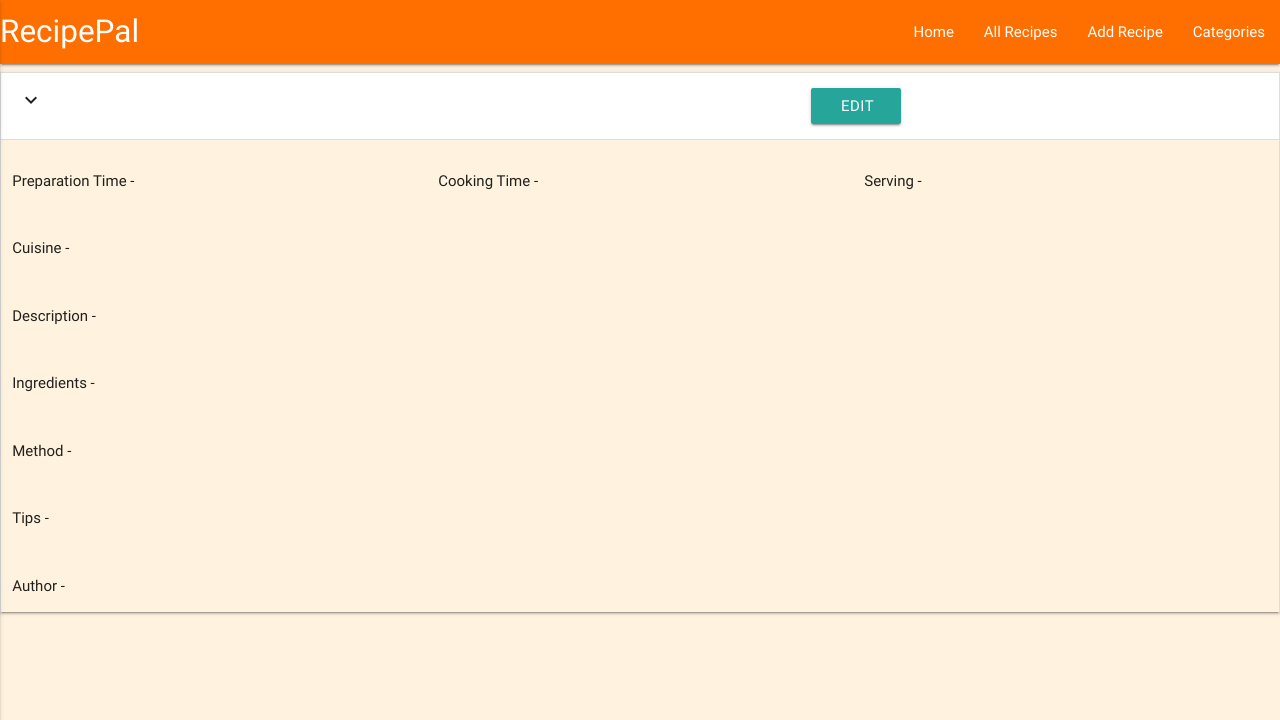
Repository: darhewitt/recipe-app-gp
Page: templates/readrecipe.html
The author's editor kept a record of every edit. The page is drawn from the files as they stood at one moment, then again after the next edit.
The browser window is 1280 px wide. The pictures show the whole page.
Some web libraries are served in a nearby version. The page is served by the project's application, run on Flask 3 (app.py). The template is opened directly, without the code that normally fills it, so the values that code supplies are empty.

Above is the page before.

### templates/readrecipe.html
{% extends 'base.html'%} {% block content %}

<ul class="collapsible">
    <li>
        <div class="collapsible-header">
            <div class="col s6">
                <i class="material-icons">expand_more</i>{{recipe.recipe_name}}
            </div>
            <div class="col 6">
                <a href="{{url_for('edit_recipe', recipe_id=recipe._id)}}" class="waves-effect waves-light right edit-button btn">Edit</a>
            </div>
        </div>
        <div class="row">
            <div class="input-field col s4">
                <p>Preparation Time - {{recipe.preparation_time}}
                </p>
            </div>
            <div class="input-field col s4">
                <p>Cooking Time - {{recipe.cooking_time}}
                </p>
            </div>
            <div class="input-field col s4">
                <p>Serving - {{recipe.serving}}
                </p>
            </div>
            <div class="input-field col s12">
                <p>Cuisine - {{recipe.cuisine_name}}
                </p>
            </div>
            <div class="input-field col s12">
                <p>Description - {{recipe.recipe_description}}
                </p>
            </div>
            <div class="input-field col s12">
                <p>Ingredients -{{recipe.ingredients}}
                </p>
            </div>
            <div class="input-field col s12">
                <p>Method -{{recipe.method}}
                </p>
            </div>
            <div class="input-field col s12">
                <p>Tips -{{recipe.tips}}
                </p>
            </div>
            <div class="input-field col s12">
                <p>Author -{{recipe.username}}
                </p>
            </div>
        </div>
    </li>
</ul>
</form>
</div>
{% endblock %}

### templates/base.html
<!DOCTYPE html>
<html>

<head>
    <link href="{{url_for('static', filename='css/style.css')}}" type="text/css" rel="stylesheet" media="screen,projection" />
    <link href="https://fonts.googleapis.com/icon?family=Material+Icons" rel="stylesheet">
    <link rel="stylesheet" href="https://cdnjs.cloudflare.com/ajax/libs/materialize/0.100.2/css/materialize.min.css">
</head>

<header>
    <nav class="amber darken-4">
        <div class="nav-wrapper">
            <a href="{{url_for('get_recipes')}}" class="brand-logo">RecipePal</a>
            <a href="" data-activates="mobile-demo" class="button-collapse"><i class="material-icons">menu</i></a>
            <ul id="nav-mobile" class="right hide-on-med-and-down">

                <li><a href="{{url_for('get_recipes')}}">Home</a></li>
                <li><a href="{{url_for('get_all_recipes')}}">All Recipes </a></li>
                <li><a href="{{url_for('add_recipe')}}">Add Recipe</a></li>
                <li><a href="{{url_for('get_categories')}} ">Categories</a></li>


            </ul>
            <ul class="side-nav" id="mobile-demo">
                <li><a href="{{url_for('get_recipes')}}">Home</a></li>
                <li><a href="{{url_for('get_all_recipes')}}">All Recipes </a></li>
                <li><a href="{{url_for('add_recipe')}}">Add Recipe</a></li>
                <li><a href="{{url_for('get_categories')}} ">Categories</a></li>

            </ul>
        </div>
    </nav>
</header>

<body>
    {% block content %} {% endblock %}
    <script src="https://cdnjs.cloudflare.com/ajax/libs/jquery/3.2.1/jquery.min.js "></script>
    <script src="https://cdnjs.cloudflare.com/ajax/libs/materialize/0.100.2/js/materialize.min.js "></script>
    <script type="text/javascript ">
        $(document).ready(function() {
            $('.collapsible').collapsible();
            $('select').material_select();
            $('.materialboxed').materialbox();
            $('.parallax').parallax();
            $(".button-collapse").sideNav();
        });
    </script>
</body>

</html>

### app.py
import os
from flask import Flask, render_template, redirect, request, url_for
from flask_pymongo import PyMongo
from bson.objectid import ObjectId

app = Flask(__name__)
app.config["MONGO_DBNAME"] = 'recipes_app'
app.config["MONGO_URI"] = 'mongodb://dhewitt:Apple1991@myfirstcluster-shard-00-00-t0occ.mongodb.net:27017,myfirstcluster-shard-00-01-t0occ.mongodb.net:27017,myfirstcluster-shard-00-02-t0occ.mongodb.net:27017/recipes_app?ssl=true&replicaSet=myFirstCluster-shard-0&authSource=admin&retryWrites=true&w=majority'

mongo = PyMongo(app)


@app.route('/')
@app.route('/get_recipes')
def get_recipes():
    return render_template("recipes.html", recipes=mongo.db.recipes.find())

@app.route('/add_recipe')
def add_recipe():
    return render_template('addrecipe.html',
    cuisine=mongo.db.cuisine.find())

@app.route('/insert_recipe', methods=['POST'])
def insert_recipe():
    recipes = mongo.db.recipes
    recipes.insert_one(request.form.to_dict())
    return redirect(url_for('get_recipes'))

@app.route('/edit_recipe/<recipe_id>')
def edit_recipe(recipe_id):
    the_recipe = mongo.db.recipes.find_one({"_id": ObjectId(recipe_id)})
    all_cuisine = mongo.db.cuisine.find()
    return render_template('editrecipe.html', recipe=the_recipe, cuisine=all_cuisine)


if __name__ == '__main__':
    app.run(host=os.environ.get('IP'),
            port=int(os.environ.get('PORT')),
            debug=True)

### static/css/style.css
.edit-button {
    height: 24px;
    width: 90px;
    margin: 5px 5 px;
    padding: 0 0 5em;
}

.parallax-container {
    min-height: 300px;
    line-height: 0;
    height: auto;
    color: rgba(255, 255, 255, .9);
}

.parallax-container .section {
    width: 100%;
}

@media only screen and (max-width: 992px) {
    .parallax-container .section {
        position: absolute;
        top: 30%;
    }
    #index-banner .section {
        top: 10%;
    }
}

@media only screen and (max-width: 600px) {
    #index-banner .section {
        top: 0;
    }
}

.btn_small {
    height: 24px;
    width: 60px;
    line-height: 24px;
    margin: 5px 5px;
    padding: 0 0.5em;
}

.task_header {
    margin-top: 10px;
    margin-left: 30px;
}

.btn.btn_small {
    padding: 0 0 0;
}

.edit-button {
    margin-left: 50em;
}

.title {
    font-size: xx-large
}

body {
    background-color: #fff3e0;
}

After the next edit:
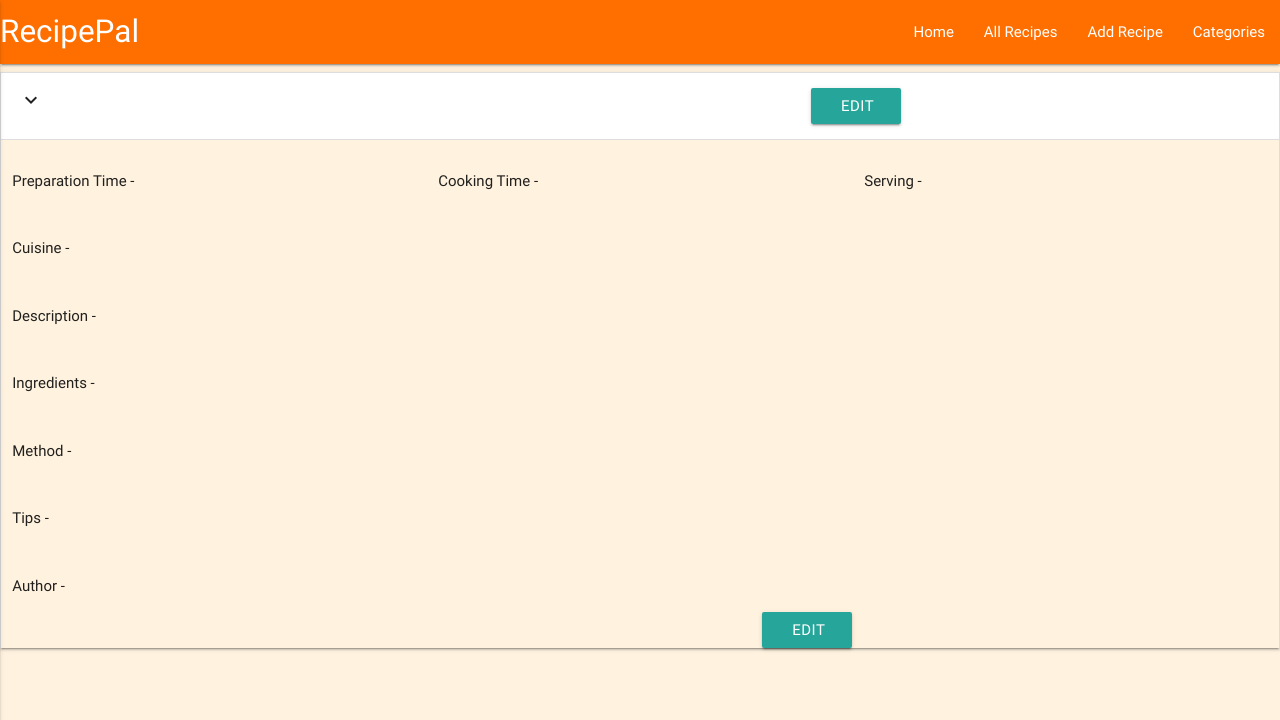
The edit:
--- a/templates/readrecipe.html
+++ b/templates/readrecipe.html
@@ -47,6 +47,9 @@
                 <p>Author -{{recipe.username}}
                 </p>
             </div>
+            <div class="col 6">
+                <a href="{{url_for('edit_recipe', recipe_id=recipe._id)}}" class="waves-effect waves-light right edit-button btn">Edit</a>
+            </div>
         </div>
     </li>
 </ul>
